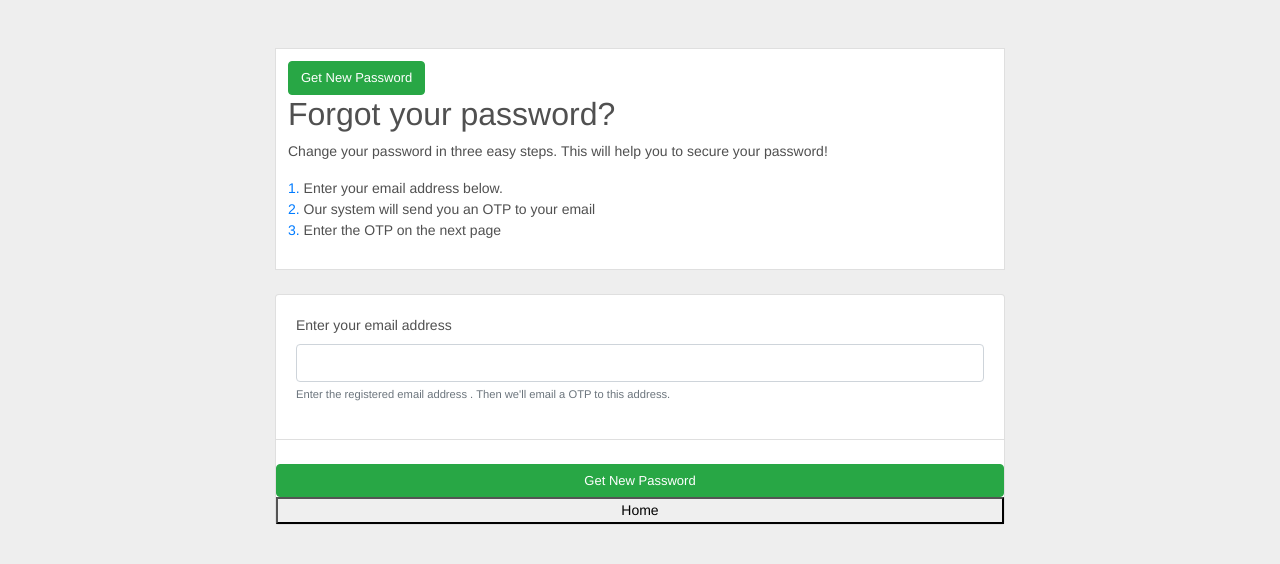
Repository: Hammam0827/maven-jenkins-exercise
Page: http://localhost/devops_project/forgotPassword.jsp
These files come from the project's save history. The page is drawn as it stood at one moment and after the next save; the edit follows.
The browser window is 1280 px wide. The pictures show the whole page.
Some web libraries are served in a nearby version. The page is served by Tomcat 9.

Above is the page before, as saved 2022-12-01 10:49:17.

After the next save:
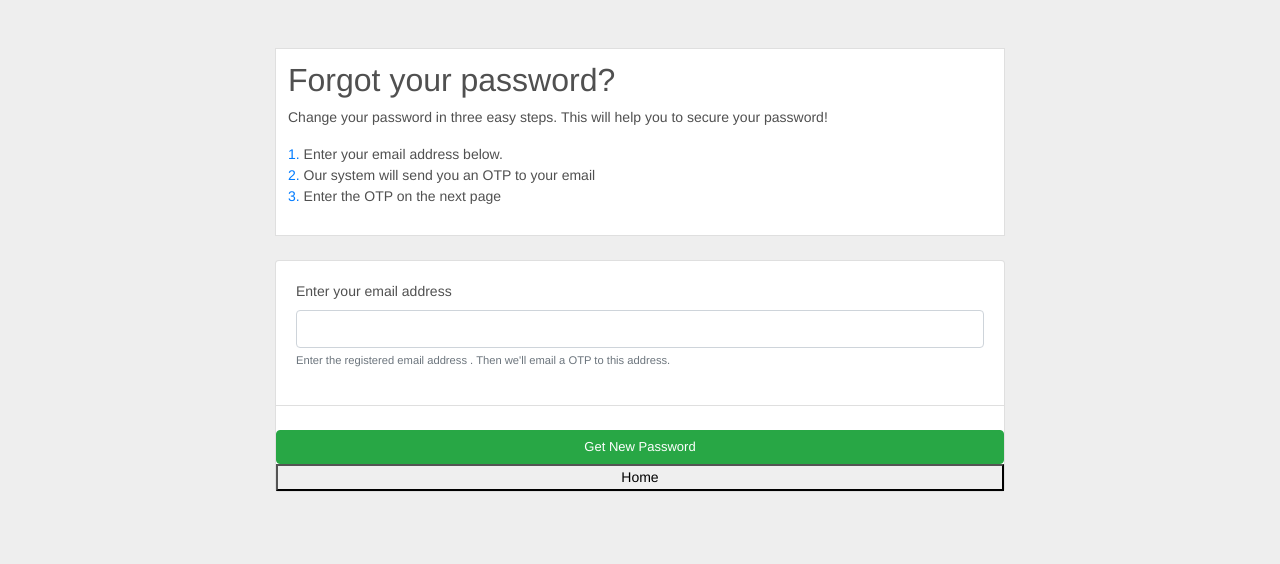
Saved 22 s later.
--- a/devops_project/src/main/webapp/forgotPassword.jsp
+++ b/devops_project/src/main/webapp/forgotPassword.jsp
@@ -56,8 +56,7 @@ body {
 		<div class="row justify-content-center">
 			<div class="col-lg-8 col-md-10">
 				<div class="forgot">
-				<button class="btn btn-success" action="/devops_project/login.jsp" type="submit">Get New
-							Password</button>
+
 
 					<h2>Forgot your password?</h2>
 					<p>Change your password in three easy steps. This will help you
